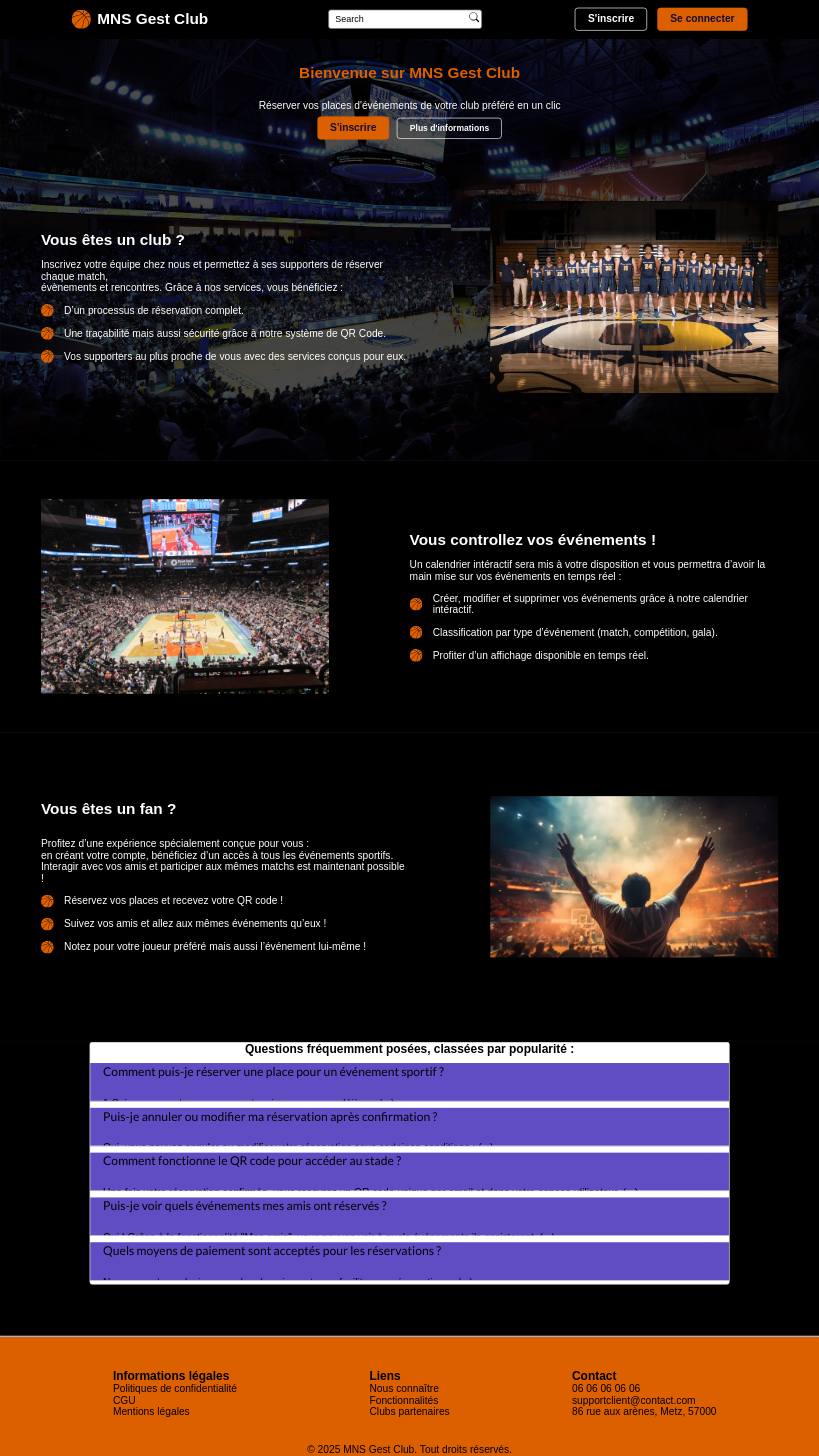
Repository: Sgrini/projetfilrouge
Page: http://localhost/
The author's editor kept a copy of each file at every save. The page is drawn from the files as they stood at one save, then again after the next save.
The browser window is 1280 px wide. The pictures show the whole page, at 64% of full size.
Some web fonts or font styles are not loaded; a fallback is used. The page is run by PHP 8.4 with error messages shown; the project is at /var/www/html/.

Above is the page before, as saved 2025-05-07 16:42:00.

### index.php
<?php require_once $_SERVER['DOCUMENT_ROOT'] . '/admin/include/auth.php';
?>


<!DOCTYPE html>
<html lang="fr">

<head>
  <meta charset="UTF-8" />
  <meta name="viewport" content="width=device-width, initial-scale=1.0" />
  <link rel="stylesheet" href="https://cdnjs.cloudflare.com/ajax/libs/font-awesome/6.7.2/css/all.min.css" />
  <link rel="stylesheet" href="/style/main.css" />
  <title>MNS Gest Club</title>
</head>

<body>
  <!-- HEADER: Barre de navigation principale -->
  <header>
    <div class="container">
      <div class="navbar">
        <div class="logo">
          <img src="./img/basketballicon.svg" alt="basket icon" />
          <a href="index.html">MNS Gest Club</a>
        </div>
        <div class="navbar__main">
          <ul class="links">
            <?php if (estConnecte()): ?>
              <li><a class="nav__link" href="index.php">Accueil</a></li>
              <li><a class="nav__link" href="events.php">Evenements</a></li>
              <li><a class="nav__link" href="#foire_aux_questions">FAQ</a></li>
            <?php elseif (estConnecte() && estAdmin()): ?>
              <li><a class="nav__link" href="admin.php">Mon compte</a></li>
            <?php elseif (estConnecte()): ?>
              <li><a class="nav__link" href="admin.php">Mon compte</a></li>
            <?php else: ?>
            <?php endif; ?>


          </ul>
          <!-- Champ de recherche -->
          <div class="search">
            <input placeholder="Search" class="navbar__input" type="text" />
            <button class="navbar__button">
              <svg viewBox="0 0 16 16" class="bi bi-search" fill="currentColor" height="16" width="16"
                xmlns="http://www.w3.org/2000/svg">
                <path
                  d="M11.742 10.344a6.5 6.5 0 1 0-1.397 1.398h-.001q.044.06.098.115l3.85 3.85a1 1 0 0 0 1.415-1.414l-3.85-3.85a1 1 0 0 0-.115-.1zM12 6.5a5.5 5.5 0 1 1-11 0 5.5 5.5 0 0 1 11 0">
                </path>
              </svg>
            </button>
          </div>
          <!-- Boutons d'inscription et de connexion -->
          <div class="buttons">
            <?php if (!isset($_SESSION['utilisateur_id'])): ?>

              <a href="signup.php" class="action-button pro">S'inscrire</a>
              <a href="/admin/login.php" class="action-button">Se connecter</a>
            <?php else: ?>
              <a href="/admin/logout.php" class="action-button">Se déconnecter</a>
            <?php endif; ?>
          </div>
        </div>
      </div>
      <div class="burger-menu">
        <div class="burger-menu__nav">
          <a class="burger__logo">
            <img src="./img/basketballicon.svg" alt="" />
          </a>
          <div class="burger__btn">
            <i class="fa-solid fa-bars"></i>
          </div>
        </div>
        <ul class="burger-menu__links">
          <li><a href="index.html">Accueil</a></li>
          <li><a href="events.html">Evenements</a></li>
          <li><a href="about">Coach</a></li>
          <li><a href="contact">Communauté</a></li>
          <div class="divider"></div>
          <div class="buttons-burger-menu open">
            <a href="signup.html" class="action-button pro">S'inscrire</a>
            <a href="login.html" class="action-button">Se connecter</a>
          </div>
        </ul>
      </div>
    </div>
  </header>
  <!-- SECTION HERO: Introduction du site -->
  <section class="hero">
    <div class="hero__overlay"></div>
    <!-- Effet de contraste -->
    <div class="hero__header">
      <h1>Bienvenue sur MNS Gest Club</h1>
      <div class="hero__header-text">
        <p>
          Réserver vos places d'événements de votre club préféré en un clic
        </p>
      </div>
      <div class="hero__header-cta">
        <?php if (!isset($_SESSION['utilisateur_id'])): ?>

          <button class="btn btn-signup">S'inscrire</button>
          <button class="action-button pro">Plus d'informations</button>
        <?php else: ?>
          <a href="events.php" class="action-button">Voir les événements</a>
        <?php endif; ?>
      </div>
    </div>
    <!-- SECTION CLUB: Inscription des clubs -->
    <div class="hero__main">
      <div class="hero__main-left">
        <h2>Vous êtes un club ?</h2>
        <p>
          Inscrivez votre équipe chez nous et permettez à ses supporters de
          réserver chaque match,<br />évènements et rencontres. Grâce à nos
          services, vous bénéficiez :
        </p>
        <ul class="hero__main-left-list">
          <li>
            <img src="/img/basketballicon.svg" alt="Basket icon" />
            <p>D’un processus de réservation complet.</p>
          </li>
          <li>
            <img src="/img/basketballicon.svg" alt="Basket icon" />
            <p>
              Une traçabilité mais aussi sécurité grâce à notre système de QR
              Code.
            </p>
          </li>
          <li>
            <img src="/img/basketballicon.svg" alt="Basket icon" />
            <p>
              Vos supporters au plus proche de vous avec des services conçus
              pour eux.
            </p>
          </li>
        </ul>
      </div>
      <div class="hero__main-right">
        <img src="/img/basketclub.webp" alt="" />
      </div>
    </div>
  </section>
  <!-- SECTION ÉVÉNEMENTS: Gestion des événements -->
  <section class="features">
    <div class="features__main">
      <div class="features__main-left">
        <img src="/img/basketevents.webp" alt="" />
      </div>
      <div class="features__main-right">
        <h2>Vous controllez vos événements !</h2>
        <p>
          Un calendrier intéractif sera mis à votre disposition et vous
          permettra d’avoir la main mise sur vos événements en temps réel :
        </p>
        <ul class="features__main-right-list">
          <li>
            <img src="/img/basketballicon.svg" alt="Basket icon" />
            <p>
              Créer, modifier et supprimer vos événements grâce à notre
              calendrier intéractif.
            </p>
          </li>
          <li>
            <img src="/img/basketballicon.svg" alt="Basket icon" />
            <p>
              Classification par type d’événement (match, compétition, gala).
            </p>
          </li>
          <li>
            <img src="/img/basketballicon.svg" alt="Basket icon" />
            <p>Profiter d’un affichage disponible en temps réel.</p>
          </li>
        </ul>
      </div>
    </div>
  </section>
  <!-- SECTION FAN: Fonctionnalités pour les supporters -->
  <section class="last__section">
    <div class="last__main">
      <div class="last__main-left">
        <h2>Vous êtes un fan ?</h2>
        <p></p>
        <ul class="last__main-left-list">
          <li>
            <p>
              Profitez d’une expérience spécialement conçue pour vous : <br />
              en créant votre compte, bénéficiez d’un accès à tous les
              événements sportifs. <br />
              Interagir avec vos amis et participer aux mêmes matchs est
              maintenant possible !
            </p>
          </li>
          <li>
            <img src="/img/basketballicon.svg" alt="Basket icon" />
            <p>Réservez vos places et recevez votre QR code !</p>
          </li>
          <li>
            <img src="/img/basketballicon.svg" alt="Basket icon" />
            <p>Suivez vos amis et allez aux mêmes événements qu’eux !</p>
          </li>
          <li>
            <img src="/img/basketballicon.svg" alt="Basket icon" />
            <p>
              Notez pour votre joueur préféré mais aussi l’événement lui-même
              !
            </p>
          </li>
        </ul>
      </div>
      <div class="last__main-right">
        <img src="/img/basketfan.webp" alt="calendrier" />
      </div>
    </div>
  </section>
  <!-- SECTION FAQ: Questions fréquentes -->
  <section id="foire_aux_questions" class="section__faq">
    <div class="faq">
      <h3>Questions fréquemment posées, classées par popularité :</h3>
      <input id="faq-a" type="checkbox" />
      <label for="faq-a">
        <p class="faq-heading">
          Comment puis-je réserver une place pour un événement sportif ?
        </p>
        <div class="faq-arrow"></div>
        <p class="faq-text">
          1.Créer un compte ou se connecter si vous en avez déjà un. (...)<br />
          2.Parcourir les événements disponibles via le calendrier
          interactif.<br />
          3.Sélectionner l’événement souhaité et consulter les places
          disponibles par catégorie (tribune, VIP, standard).<br />
          4. Choisir votre place (limité à 2 places par adhérent ).<br />
          5. Confirmer votre réservation et recevoir un email de confirmation
          avec votre QR code d’accès. <br />
          <strong>
            Le jour de l’événement, présentez votre QR code à l’entrée pour
            valider votre présence !</strong>
        </p>
      </label>
      <input id="faq-b" type="checkbox" />
      <label for="faq-b">
        <p class="faq-heading">
          Puis-je annuler ou modifier ma réservation après confirmation ?
        </p>
        <div class="faq-arrow"></div>
        <p class="faq-text">
          Oui, vous pouvez annuler ou modifier votre réservation sous
          certaines conditions : (...)<br />
          1.Annulation : Vous pouvez annuler votre réservation directement
          depuis votre espace utilisateur, dans la section "Mes réservations".
          Une confirmation vous sera envoyée par email. Attention, des délais
          d’annulation peuvent s’appliquer en fonction de l’événement.<br />
          2.Modification : Si vous souhaitez changer de place ou d’événement,
          vous devrez d’abord annuler votre réservation actuelle, puis
          effectuer une nouvelle réservation (sous réserve de
          disponibilité).<br />
          <strong>
            En cas de question, n’hésitez pas à contacter le support via
            l’application.
          </strong>
        </p>
      </label>
      <input id="faq-c" type="checkbox" />
      <label for="faq-c">
        <p class="faq-heading">
          Comment fonctionne le QR code pour accéder au stade ?
        </p>
        <div class="faq-arrow"></div>
        <p class="faq-text">
          Une fois votre réservation confirmée, vous recevrez un QR code
          unique par email et dans votre espace utilisateur. (...) <br />
          <strong> Le jour de l’événement : </strong><br />
          1.Présentez votre QR code à l’entrée du stade (sur votre téléphone
          ou imprimé). <br />
          2.Un agent ou une borne automatique scannera votre code pour valider
          votre accès. <br />
          3.Une fois validé, vous pourrez entrer et profiter du match ! <br />
          <strong>
            Ce système permet un accès rapide et sécurisé, tout en
            garantissant la traçabilité des présences.</strong>
        </p>
      </label>
      <input id="faq-d" type="checkbox" />
      <label for="faq-d">
        <p class="faq-heading">
          Puis-je voir quels événements mes amis ont réservés ?
        </p>
        <div class="faq-arrow"></div>
        <p class="faq-text">
          Oui ! Grâce à la fonctionnalité "Mes amis", vous pouvez voir à quels
          événements ils assisteront. (...) <br />
          <strong> Voici comment ça fonctionne : </strong><br />
          1.Ajoutez des amis à votre liste via leur nom d’utilisateur ou
          email.
          <br />
          2.Consultez la liste des événements auxquels ils ont réservé des
          places. <br />
          3.Réservez à votre tour pour les rejoindre et vivre l’expérience
          ensemble ! <br />
          <strong>
            Cette fonctionnalité vous permet de partager des moments sportifs
            avec vos proches et de mieux organiser vos sorties.
          </strong>
        </p>
      </label>
      <input id="faq-e" type="checkbox" />
      <label for="faq-e">
        <p class="faq-heading">
          Quels moyens de paiement sont acceptés pour les réservations ?
        </p>
        <div class="faq-arrow"></div>
        <p class="faq-text">
          Nous acceptons plusieurs modes de paiement pour faciliter vos
          réservations : (...)<br />
          1.Carte bancaire (Visa, Mastercard, etc.) <br />
          2.Paiement en ligne sécurisé via des plateformes comme PayPal ou
          Stripe <br />
          3.Portefeuilles numériques (Apple Pay, Google Pay) <br />
          4.Possibilité de paiement sur place (si disponible pour certains
          événements) <br />
          <strong>Toutes les transactions sont sécurisées et protégées selon les
            normes en vigueur. Vous recevrez une confirmation par email dès
            que votre paiement sera validé.</strong>
        </p>
      </label>
    </div>
  </section>
  <hr />
  <footer>
    <div class="footer__contenu-wrapper">
      <div class="contenu-footer">
        <div class="footer__bloc-wrapper">
          <div class="bloc">
            <h3>Informations légales</h3>
            <ul class="liste-services">
              <li><a href="#">Politiques de confidentialité</a></li>
              <li><a href="#">CGU</a></li>
              <li><a href="#">Mentions légales</a></li>
            </ul>
          </div>
        </div>
        <div class="footer__bloc-wrapper">
          <div class="bloc">
            <h3>Liens</h3>
            <ul class="liste-informations">
              <li>Nous connaître</li>
              <li>Fonctionnalités</li>
              <li>Clubs partenaires</li>
            </ul>
          </div>
        </div>
        <!-- FOOTER: Informations légales et contact -->
        <div class="footer__bloc-wrapper">
          <div class="bloc footer-contact" id="contact">
            <h3>Contact</h3>
            <ul>
              <li>06 06 06 06 06</li>
              <li>supportclient@contact.com</li>
              <li>86 rue aux arènes, Metz, 57000</li>
            </ul>
          </div>
        </div>
      </div>
      <p class="copyright">© 2025 MNS Gest Club. Tout droits réservés.</p>
    </div>
  </footer>

  <script src="script.js"></script>
</body>

</html>

### admin/include/auth.php
<?php
session_start();

// fonction pour savoir si l'utilisateur connecter
function estConnecte(): bool
{
    return isset($_SESSION['utilisateur_id']);
}
function estAdmin(): bool
{
    return estConnecte() && isset($_SESSION['role_id']) && $_SESSION['role_id'] === 1;
}

### style/main.css
@import url("./style.css");
@import url("./navbar.css");
@import url("./login.css");
@import url("./hero.css");
@import url("./features.css");
@import url("./lastsection.css");
@import url("./faq.css");
@import url("./toggle.css");
@import url("./footer.css");
@import url("./responsive.css");
@import url("./events.css");
@import url("./buttons.css");
@import url("./admin.css");
@import url("./team.css");
@import url("./sidebar.css");
@import url("./signup.css");
@import url("./shop.css");

### style/toggle.css
.burger-menu {
  display: none;
  /* height: 310px; */
  right: 2rem;
  width: 100%;
  background-color: rgba(0, 0, 0, 0.2);
  backdrop-filter: blur(15px);
  border-radius: 10px;
  overflow: hidden;
  transition: height 0.2s cubic-bezier(0.175, 0.885, 0.32, 1.275);
}
.burger-menu__nav {
  display: flex;
  justify-content: space-between;
  align-items: center;
  width: 100%;
  gap: 1rem;
  height: 100%;
  padding: 8px;
  position: relative;
  transition: all 0.3s ease;
}
.burger__btn i {
  color: white;
  font-size: 26px;
}
.burger .burger__logo {
  width: 100px;
  height: 30px;
}
.burger-menu__links.open {
  height: 310px;
}
.burger-menu__links {
  height: 0px;
  transition: height 0.2s ease-in-out;
}
.burger-menu li {
  padding: 0.7rem;
  display: flex;
  justify-content: center;
  align-items: center;
}

.divider {
  height: 1px;
  background-color: #fff;
  width: 80%;
  margin-left: auto;
  margin-right: auto;
  margin-bottom: 1rem;
}

.burger-menu .action-button {
  width: 80%;
  display: flex;
  justify-content: center;
  align-items: center;
}

.buttons-burger-menu {
  display: flex;
  flex-direction: column;
  justify-content: center;
  align-items: center;
  gap: 10px;
}

@media (max-width: 1200px) {
  .navbar {
    display: none;
  }
  .burger-menu {
    display: block;
  }
}

### style/responsive.css
@media (min-width: 576px) {
    .container {
        max-width: 540px;
    }
}
@media (min-width: 768px) {
    .container {
        max-width: 720px;
    }
}
@media (min-width: 992px) {
    .container {
        max-width: 960px;
    }
}
@media (min-width: 1200px) {
    .container {
        max-width: 1140px;
    }
}
@media (min-width: 1400px) {
    .container {
        max-width: 1320px;
    }
}

### style/events.css
.events__section {
  margin-top: 60px;
  padding-top: 60px;
  margin-bottom: 8rem;
}

.events__current {
  padding-top: 2rem;
  display: flex;
  flex-wrap: wrap;
}

.events__img-wrapper {
  flex: 100%;
}

@media (min-width: 992px) {
  .events__img-wrapper {
    flex: 0 0 50%;
    padding-left: 2rem;
    padding-right: 2rem;
    order: 1;
  }
}

.events__img {
  width: 100%;
}

.events__current-details {
  flex: 0 0 100%;
  margin-bottom: 2rem;
}

@media (min-width: 992px) {
  .events__current-details {
    flex: 0 0 50%;
    padding-left: 2rem;
    padding-right: 2rem;
    order: 2;
    margin-top: auto;
    margin-bottom: auto;
  }
}

.events__current-details-title {
  margin-bottom: 1rem;
  font-size: 1.8rem;
}

.events__all-button {
  background-color: white;
  color: black;
  border: 1px solid black;
  padding: 10px 20px;
  text-decoration: none;
  cursor: pointer;
  margin-top: 4rem;
}

.events__incoming-button {
  all: unset;
  text-decoration: underline;
  cursor: pointer;
}

### style/team.css
.team__wrapper {
  max-width: 780px;
  margin: auto;
  margin-top: 80px;
  margin-bottom: 90px;
  background: white;
  padding: 20px;
  border-radius: 10px;
  box-shadow: 0px 0px 10px rgba(0, 0, 0, 0.1);
  width: calc(100% - 260px);
  padding: 20px;
}

table {
  width: 100%;
  border-collapse: collapse;
  margin-top: 10px;
}
th,
td {
  border: 1px solid #ddd;
  padding: 10px;
  text-align: left;
}
th {
  background-color: #f4f4f4;
}
.gerer {
  display: flex;
  gap: 10px;
}
.card-wrapper {
  display: flex;
  gap: 20px;
  margin-top: 20px;
}
.card {
  flex: 1;
  background: white;
  padding: 15px;
  border-radius: 8px;
  box-shadow: 0px 0px 5px rgba(0, 0, 0, 0.1);
}
.add-button {
  background-color: black;
  color: white;
  padding: 10px 15px;
  border: none;
  cursor: pointer;
  border-radius: 5px;
  margin-top: 10px;
}
.add-button:hover {
  background-color: var(--primary-color);
  color: black;
  border: 1px solid #fff;
  font-size: medium;
}

### style/sidebar.css
.sidebar {
  width: 280px;
  background: #dc5f00;
  /* opacity: 80%; */
  padding: 20px;
  height: 100vh;
  left: 0;
  top: 0;
  position: fixed;
}

.sidebar h2 {
  font-size: 18px;
  margin-bottom: 20px;
  color: white;
}

.sidebar ul {
  list-style: none;
}

.sidebar ul li {
  padding: 10px 0;
  font-size: 16px;
  cursor: pointer;
  color: white;
}

.sidebar ul li:hover {
  background: #373a40;
  padding-left: 5px;
  border-radius: 10%;
}

### style/signup.css
/* Formulaire */
main {
  display: flex;
  justify-content: center;
  align-items: center;
  height: 80vh;
}

.form__signup-container {
  width: 100%;
  background: white;
  padding: 20px 30px;
  border-radius: 10px;
  box-shadow: 0px 4px 10px rgba(0, 0, 0, 0.1);
  width: 500px;
  text-align: center;
  margin: 0 auto;
}

.signup__main {
  margin-top: 110px;
  margin-bottom: 120px;
}

select {
  width: 100%;
  padding: 10px;
  margin: 10px 0;
  border: 1px solid #ccc;
  border-radius: 5px;
  font-size: 14px;
}

.input-group {
  display: flex;
  gap: 10px;
}

.input-group input {
  width: 50%;
}

.radio-group {
  display: flex;
  justify-content: center;
  align-items: center;
  gap: 15px;
  margin: 10px 0;
}

.signup__gender-choice {
  height: 50%;
}

button:hover {
  background-color: #333;
}

### style/shop.css
.shop__container {
  margin-top: 90px;
  max-width: 996px;
  margin-left: 270px;
  margin-bottom: 80px;
}

.search-filters {
  display: flex;
  gap: 10px;
  margin-bottom: 15px;
}

.search-filters input,
.search-filters select {
  padding: 10px;
  border: 1px solid #ddd;
  border-radius: 5px;
  flex: 1;
}

.filters {
  display: flex;
  gap: 10px;
  margin-bottom: 20px;
}

.filters button {
  padding: 8px 15px;
  border: none;
  background: #ddd;
  border-radius: 5px;
  cursor: pointer;
}

.events {
  display: flex;
  gap: 50px;
  justify-content: space-between;
}

.event-card {
  background: white;
  border-radius: 8px;
  overflow: hidden;
  width: 150%;
  box-shadow: 0px 0px 5px rgba(0, 0, 0, 0.1);
  text-align: center;
}

.event-img {
  background: #e0e0e0;
  height: 150px;
}

.event-info {
  padding: 15px;
}

.event-info h3 {
  font-size: 16px;
  display: flex;
  justify-content: space-between;
  align-items: center;
}

.price {
  font-weight: bold;
  color: black;
}

.event-info p {
  font-size: 14px;
  color: #555;
  margin: 5px 0;
}

.event-info button {
  background: black;
  color: white;
  padding: 8px 15px;
  border: none;
  width: 100%;
  margin-top: 10px;
  cursor: pointer;
}

.pagination {
  display: flex;
  justify-content: center;
  gap: 5px;
  margin-top: 20px;
}

.pagination button {
  padding: 5px 10px;
  border: 1px solid #ddd;
  background: white;
  cursor: pointer;
}

.pagination .active {
  background: black;
  color: white;
}

Loaded but not shown: img/basketballicon.svg (60 lines, source omitted); script.js (10 lines, source omitted); style/login.css (146 lines, source omitted); style/lastsection.css (170 lines, source omitted); style/faq.css (105 lines, source omitted); style/buttons.css (131 lines, source omitted); style/admin.css (139 lines, source omitted); style/style.css (127 lines, source omitted); style/features.css (109 lines, source omitted); style/hero.css (109 lines, source omitted); style/navbar.css (111 lines, source omitted); style/footer.css (104 lines, source omitted)

After the next save:
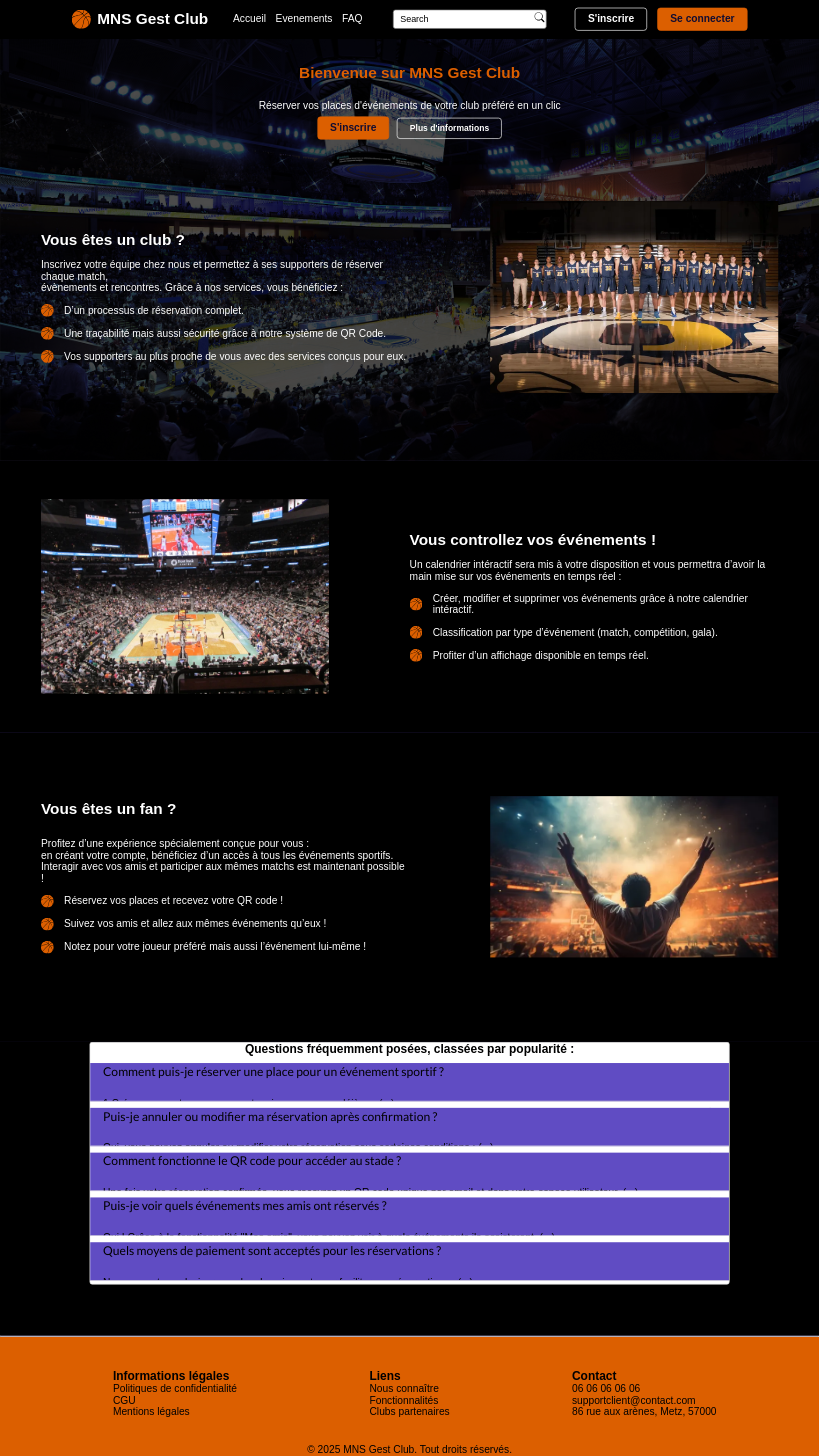
Saved 3 min 35 s later.
--- a/index.php
+++ b/index.php
@@ -24,7 +24,7 @@
         </div>
         <div class="navbar__main">
           <ul class="links">
-            <?php if (estConnecte()): ?>
+            <?php if (!estConnecte()): ?>
               <li><a class="nav__link" href="index.php">Accueil</a></li>
               <li><a class="nav__link" href="events.php">Evenements</a></li>
               <li><a class="nav__link" href="#foire_aux_questions">FAQ</a></li>
